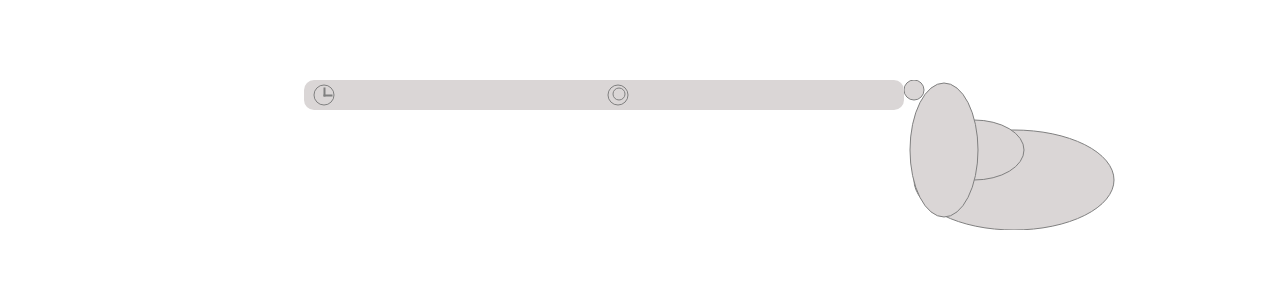
Repository: Gaj123-coder/emoji-search-app
Page: /
The author's editor kept a copy of each file at every save. The page is drawn from the files as they stood at one save, then again after the next save.
The browser window is 1280 px wide. The pictures show the whole page.
The project was rebuilt for these pictures with package versions that can differ from the ones it lists, and the page was loaded fresh each time.

Above is the page before, as saved 2021-10-30 14:42:35.

After the next save:
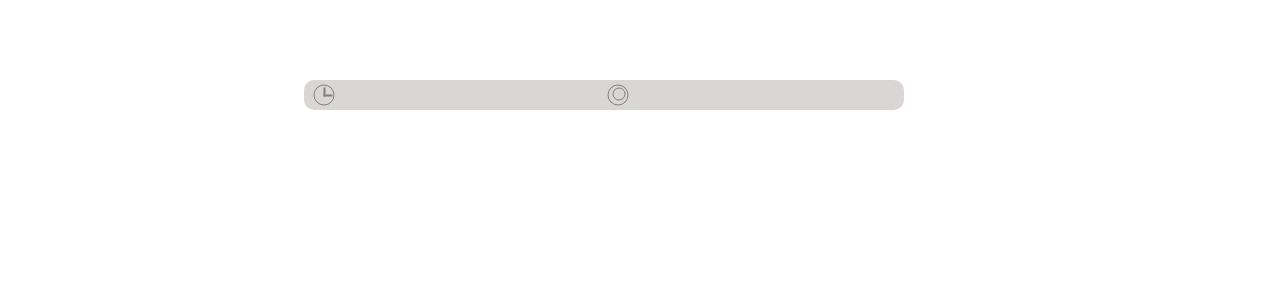
Saved 15 s later.
--- a/src/App.js
+++ b/src/App.js
@@ -17,12 +17,7 @@ function App() {
         </svg>
       </div>
       <div>
-        <svg>
-          <ellipse cx="110" cy="100" rx="100" ry="50" stroke="grey" strokeWidth="1px" fill="rgb(218, 214, 214)"/>
-          <ellipse cx="70" cy="70 " rx="50" ry="30" stroke="grey" strokeWidth="1px" fill="rgb(218, 214, 214)"/>
-          <ellipse cx="40" cy="70" rx="34" ry="67" stroke="grey" strokeWidth="1px" fill="rgb(218, 214, 214)"/>
-          <ellipse cx="10" cy="10" rx="10" ry="10" stroke="grey" strokeWidth="1px" fill="rgb(218, 214, 214)"/>
-        </svg>
+
       </div>
     </div>
   );
